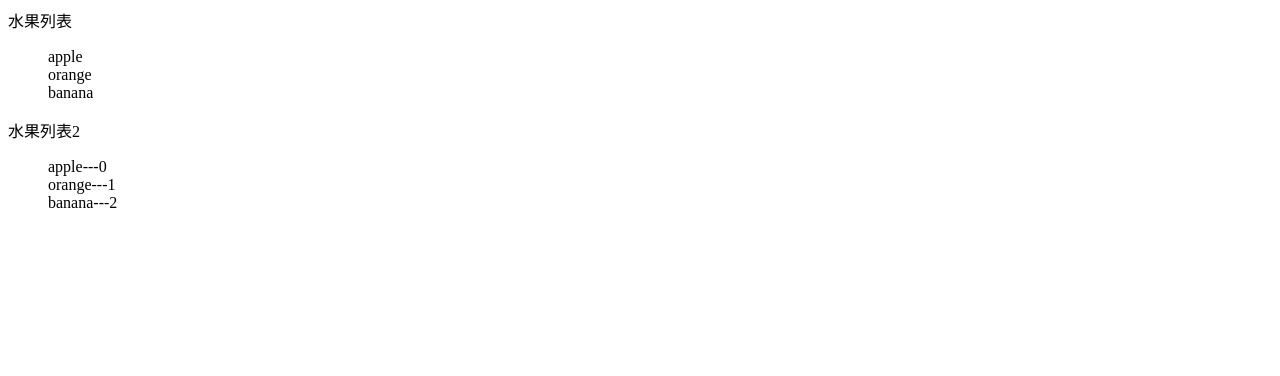
Repository: chenguocan/Vue_demo_1
Page: 循环结构.html
An editor plug-in stored every save of this project. The page is shown before and after the next save, followed by the edit.
The browser window is 1280 px wide. The pictures show the whole page.

Above is the page before, as saved 2020-07-20 15:51:35.

### 循环结构.html
<!DOCTYPE html>
<html lang="en">
  <head>
    <meta charset="UTF-8" />
    <meta name="viewport" content="width=device-width, initial-scale=1.0" />
    <title>Document</title>
    <style>
      li {
        list-style: none;
      }
    </style>
  </head>
  <body>
    <div id="app">
      <div>水果列表</div>
      <ul>
        <li v-for="item in fruits">{{item}}</li>
      </ul>
      <div>水果列表2</div>
      <ul>
        <li v-for="(item2,index) in fruits">{{item2+"---"+index}}</li>
      </ul>
    </div>
  </body>
  <script src="./js/vue.js"></script>
  <script>
    var app = new Vue({
      el: "#app",
      data: {
        fruits: ["apple", "orange", "banana"],
        myFruits: [
          {
            ename: "apple",
            cname: "苹果",
          },
          {
            ename: "orange",
            cname: "橘子",
          },
          {
            ename: "banana",
            cname: "香蕉",
          },
        ],
      },
      method: {},
    });
  </script>
</html>

Loaded but not shown: js/vue.js (library)

After the next save:
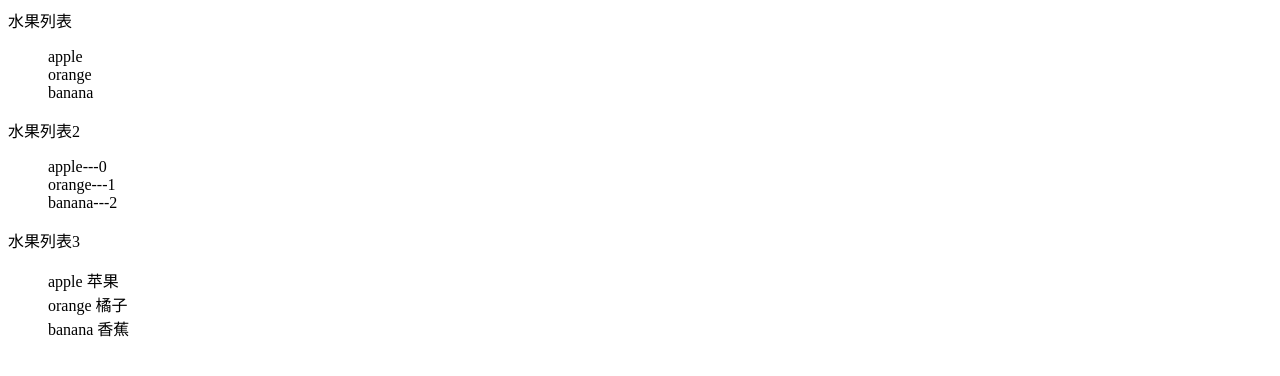
Saved 53 s later.
--- a/循环结构.html
+++ b/循环结构.html
@@ -19,6 +19,13 @@
       <div>水果列表2</div>
       <ul>
         <li v-for="(item2,index) in fruits">{{item2+"---"+index}}</li>
+      </ul>
+      <div>水果列表3</div>
+      <ul>
+        <li v-for="item in myFruits">
+          <span>{{item.ename}}</span>
+          <span>{{item.cname}}</span>
+        </li>
       </ul>
     </div>
   </body>
